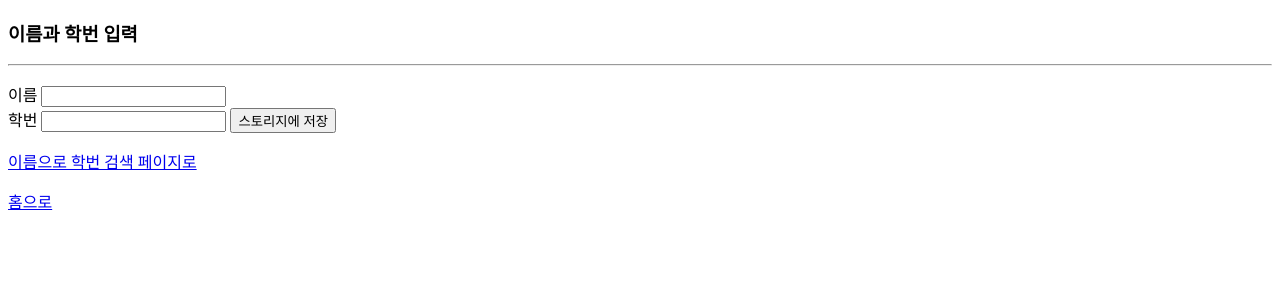
Repository: sang105kr/springstudy8
Page: app1/src/main/resources/static/practice12/1.html
An editor plug-in stored every save of this project. The page is shown before and after the next save, followed by the edit.
The browser window is 1280 px wide. The pictures show the whole page.

Above is the page before, as saved 2021-12-29 08:19:51.

After the next save:
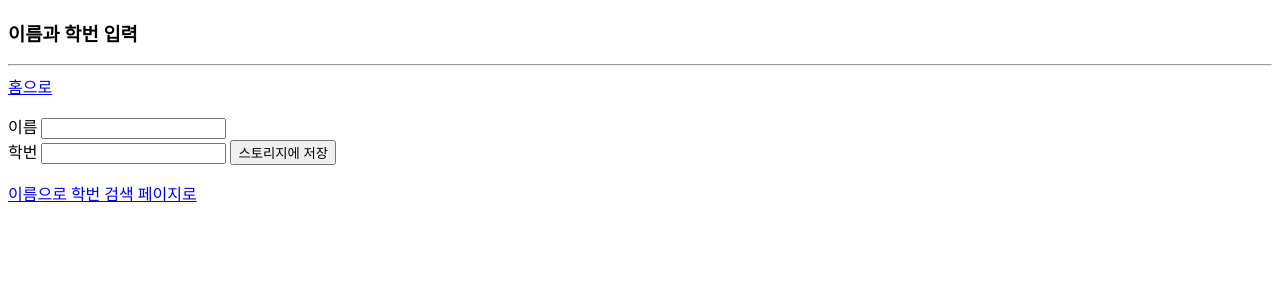
Saved 10 s later.
--- a/app1/src/main/resources/static/practice12/1.html
+++ b/app1/src/main/resources/static/practice12/1.html
@@ -14,6 +14,7 @@
 <body>
 	<h3>이름과 학번 입력</h3>
 	<hr />
+	<a href="/">홈으로</a>
 	<form action="#">
 		<ul>
 			<li>
@@ -31,6 +32,5 @@
 			<a href="1_2.html">이름으로 학번 검색 페이지로</a>
 		</p>
 	</form>
-	<a href="/">홈으로</a>
 </body>
 </html>
